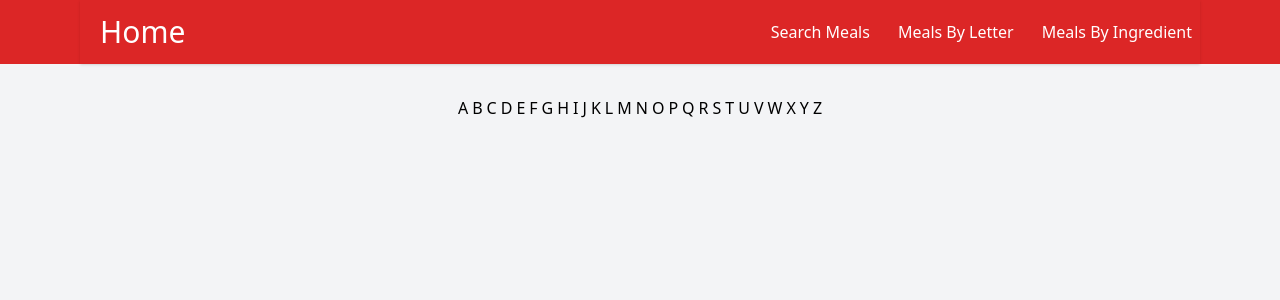
Repository: HalemX/meals
Page: /
These files come from the project's save history. The page is drawn as it stood at one moment and after the next save; the edit follows.
The browser window is 1280 px wide. The pictures show the whole page.
The project was rebuilt for these pictures with package versions that can differ from the ones it lists, and the page was loaded fresh each time. Also part of the build but not shown: vite.config.js, src/components/layout/GuestLayout.vue, src/pages/meals/MealsByIngredient.vue, src/pages/meals/MealsByLetters.vue, src/components/ui/BaseButtons.vue, src/components/meals_by_name/AllMealsByName.vue, src/pages/meals/MealsByName.vue, src/components/meals_components/MealDetails.vue.

Above is the page before, as saved 2024-02-11 15:20:59.

After the next save:
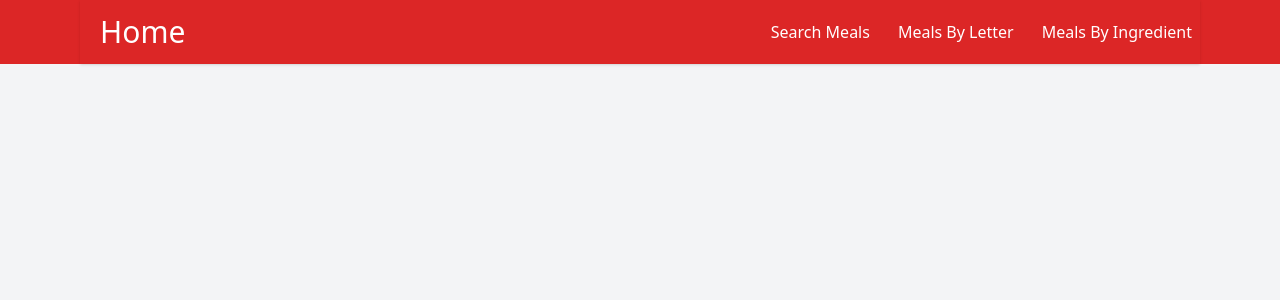
Saved 9 s later.
--- a/src/pages/home/Home.vue
+++ b/src/pages/home/Home.vue
@@ -1,15 +1,5 @@
 <template>
-  <div class="flex flex-col p-8 justify-center">
-    <div class="flex gap-1 justify-center">
-      <router-link
-        :to="{ name: 'byLetter', params: { letter } }"
-        v-for="letter in letters"
-        :key="letter"
-      >
-        {{ letter }}</router-link
-      >
-    </div>
-  </div>
+  <div class="flex flex-col p-8 justify-center"></div>
 </template>
 
 <script>
